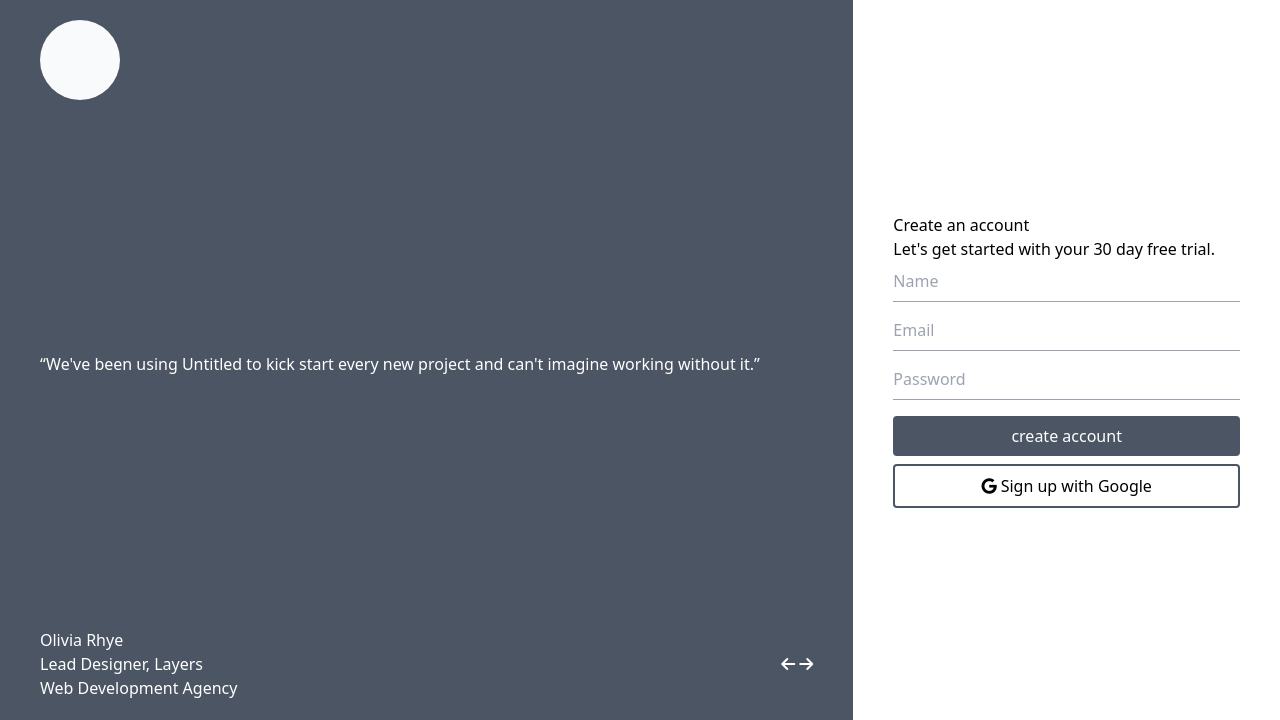
Repository: debthebuilder/youtube-html-contact-form-tailwindcss
Page: contact.html
These files come from the project's save history. The page is drawn as it stood at one moment and after a run of saves; the edit follows.
The browser window is 1280 px wide. The pictures show the whole page.
Some web libraries are served in a nearby version.

Above is the page before, as saved 2022-08-03 05:52:47.

### contact.html
<!DOCTYPE html>
<html lang="en">
<head>
    <meta charset="UTF-8">
    <meta http-equiv="X-UA-Compatible" content="IE=edge">
    <meta name="viewport" content="width=device-width, initial-scale=1.0">
    <link rel="stylesheet" href="https://cdnjs.cloudflare.com/ajax/libs/font-awesome/6.1.2/css/all.min.css" integrity="sha512-1sCRPdkRXhBV2PBLUdRb4tMg1w2YPf37qatUFeS7zlBy7jJI8Lf4VHwWfZZfpXtYSLy85pkm9GaYVYMfw5BC1A==" crossorigin="anonymous" referrerpolicy="no-referrer" />
    <link rel="preconnect" href="https://fonts.googleapis.com">
    <link rel="preconnect" href="https://fonts.gstatic.com" crossorigin>
    <link href="https://fonts.googleapis.com/css2?family=Poppins:wght@300;500;600&display=swap" rel="stylesheet">
    <script src="https://cdn.tailwindcss.com"></script>
    <title>HTML Contact Form</title>
    <style>

    </style>
</head>
<body>
    <div class="w-full h-screen flex">
        <!--Background Image with Overlay text-->
        <div class="w-4/6 bg-gray-600 text-white flex flex-col justify-between py-5 px-10">
            <a href="#" class="block">
                <div class="w-20 h-20 bg-gray-50 rounded-full"></div>
            </a>
            <q>We've been using Untitled to kick start every new project and can't imagine working without it.</q>
            <div class="flex flex-row items-center justify-between">
                <div>
                    <h3>Olivia Rhye</h3>
                    <div>Lead Designer, Layers</div>
                    <span>Web Development Agency</span>
                </div>
                <div>
                    <span>
                        <i class="fa-solid fa-arrow-left"></i>
                    </span>
                    <span>
                        <i class="fa-solid fa-arrow-right"></i>
                    </span>
                </div>
            </div>
        </div>
        <!--Form-->
        <div class="w-2/6 px-10 flex flex-col justify-center">
            <h2>Create an account</h2>
            <span>Let's get started with your 30 day free trial.</span>
            <form>
                <input type="text" name="name" placeholder="Name" class="w-full border-b border-gray-400 pb-2 focus:outline-none focus:border-0 focus:border-b-2 my-2">
                <input type="email" name="email" placeholder="Email" class="w-full border-b border-gray-400 pb-2 focus:outline-none focus:border-0 focus:border-b-2 my-2">
                <input type="password" name="password" placeholder="Password" class="w-full border-b border-gray-400 pb-2 focus:outline-none focus:border-0 focus:border-b-2 my-2">
                <button class="block bg-gray-600 w-full py-2 rounded my-2 text-white">create account</button>
                <button class="block border-2 border-gray-600  w-full py-2 rounded"><span class="mr-1"><i class="fa-brands fa-google"></i></span>Sign up with Google</button>
            </form>
        </div>
    </div>
</body>
</html>

After the next 2 saves:
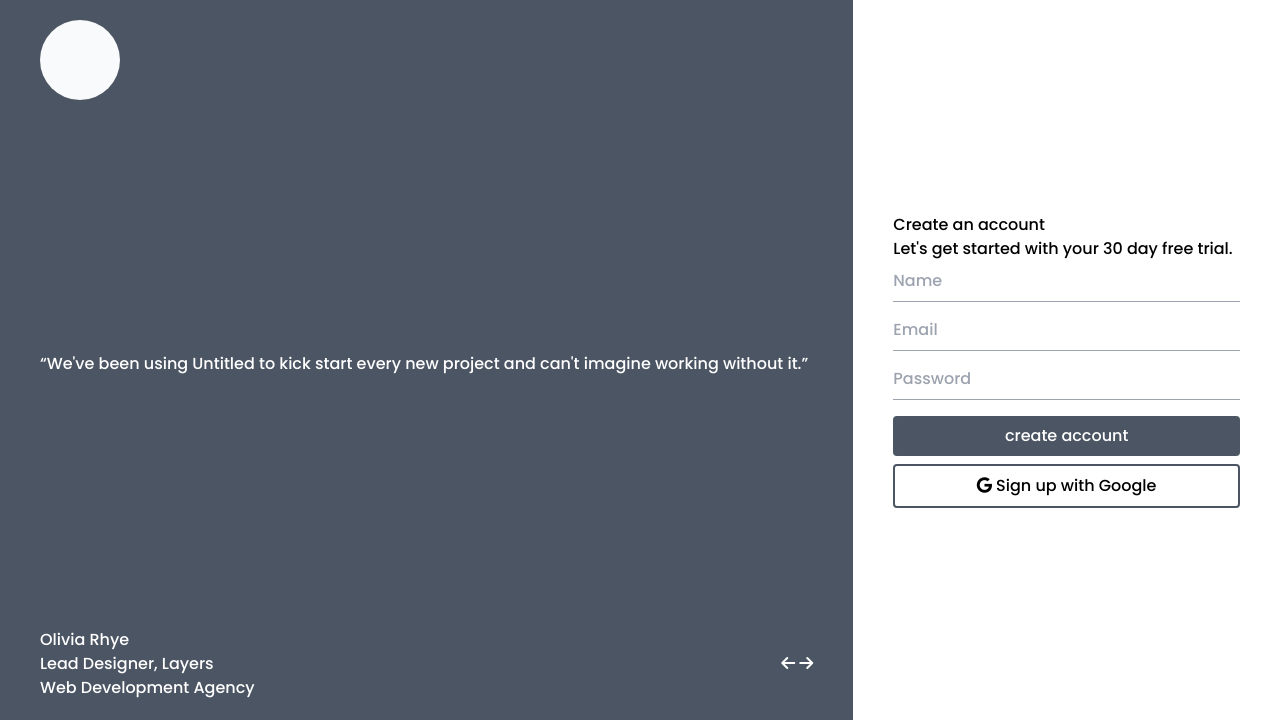
The 2 saves are shown as one change because they came seconds apart.
The last was saved 6 s later.
--- a/contact.html
+++ b/contact.html
@@ -11,7 +11,9 @@
     <script src="https://cdn.tailwindcss.com"></script>
     <title>HTML Contact Form</title>
     <style>
-
+        body{
+            font-family: 'Poppins', sans-serif;
+        }
     </style>
 </head>
 <body>
